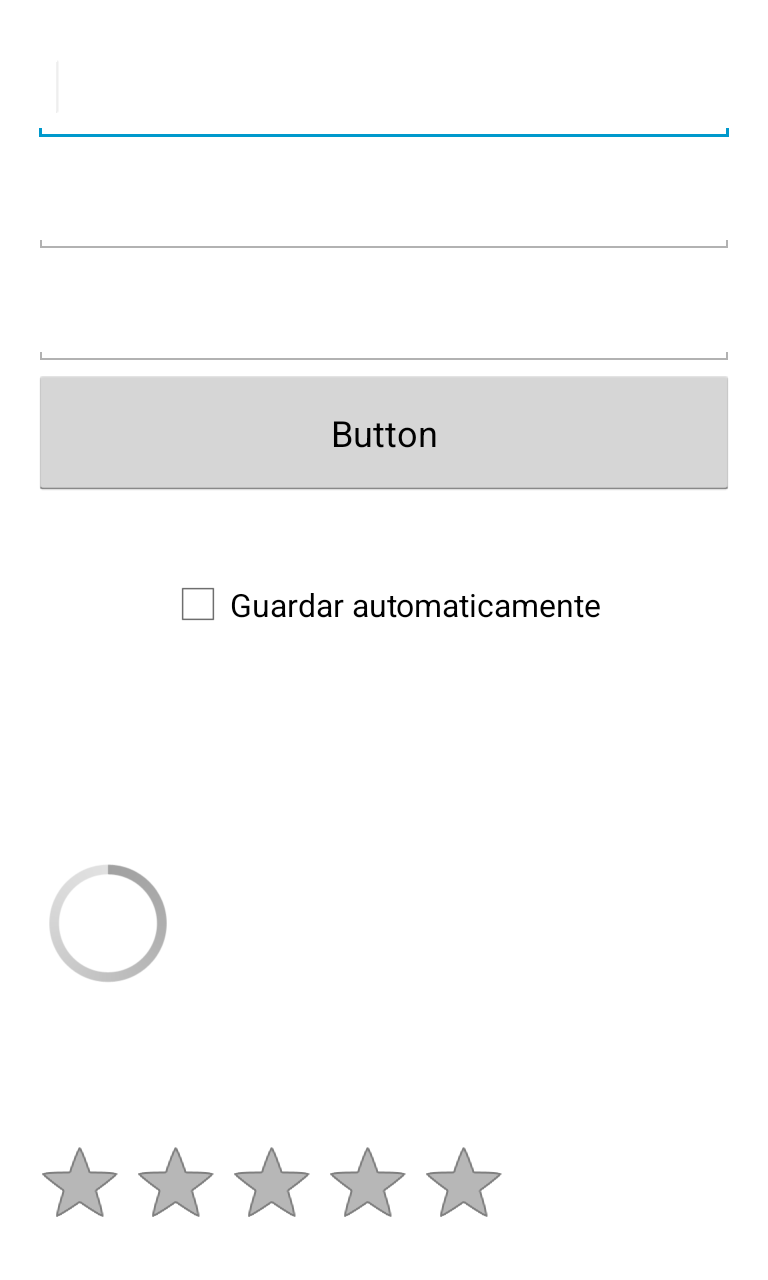
Repository: Arekjaar/workspace_Android
Layout: PrimerasVistas/res/layout/activity_main.xml
An editor plug-in stored every save of this project. The layout is shown before and after the next save, followed by the edit.
It is drawn on a 768 x 1280 px phone screen (xhdpi) without system bars, with theme AppTheme; the app's code is not run.

Above is the layout before, as saved 2014-03-05 19:43:45.

After the next save:
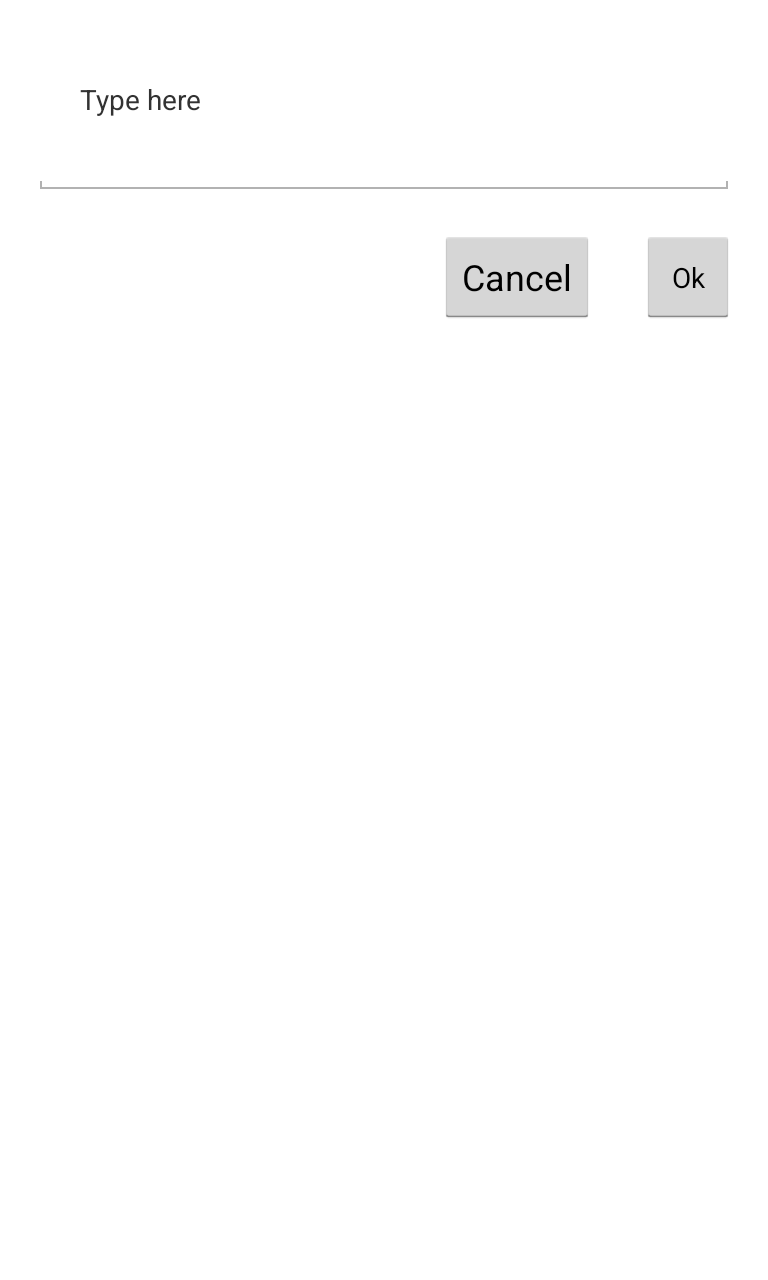
Saved 35 min 26 s later.
--- a/PrimerasVistas/res/layout/activity_main.xml
+++ b/PrimerasVistas/res/layout/activity_main.xml
@@ -1,68 +1,49 @@
-<LinearLayout xmlns:android="http://schemas.android.com/apk/res/android"
+<RelativeLayout xmlns:android="http://schemas.android.com/apk/res/android"
     xmlns:tools="http://schemas.android.com/tools"
-    android:id="@+id/LinearLayout1"
+    android:id="@+id/RelativeLayout1"
     android:layout_width="match_parent"
     android:layout_height="match_parent"
-    android:orientation="vertical"
     android:paddingBottom="@dimen/activity_vertical_margin"
     android:paddingLeft="@dimen/activity_horizontal_margin"
     android:paddingRight="@dimen/activity_horizontal_margin"
     android:paddingTop="@dimen/activity_vertical_margin"
     tools:context=".MainActivity" >
 
+    <TextView
+        android:id="@+id/textView1"
+        android:layout_width="wrap_content"
+        android:layout_height="wrap_content"
+        android:layout_alignParentLeft="true"
+        android:layout_alignParentTop="true"
+        android:layout_marginLeft="24dp"
+        android:layout_marginTop="24dp"
+        android:text="Type here" />
+
     <EditText
         android:id="@+id/editText1"
         android:layout_width="match_parent"
         android:layout_height="wrap_content"
-        android:layout_weight="0.5"
-        android:ems="10" >
-
-        <requestFocus />
-    </EditText>
-
-    <EditText
-        android:id="@+id/editText2"
-        android:layout_width="match_parent"
-        android:layout_height="wrap_content"
-        android:layout_weight="0.5"
-        android:ems="10"
-        android:inputType="textPersonName" />
-
-    <EditText
-        android:id="@+id/editText3"
-        android:layout_width="match_parent"
-        android:layout_height="wrap_content"
-        android:layout_weight="0.5"
-        android:ems="10"
-        android:inputType="textPassword" />
+        android:layout_below="@+id/textView1"
+        android:layout_centerHorizontal="true"
+        android:ems="10" />
 
     <Button
         android:id="@+id/button1"
-        android:layout_width="match_parent"
-        android:layout_height="wrap_content"
-        android:layout_weight="0.5"
-       	android:text="Button" />
-
-
-    <CheckBox
-        android:id="@+id/checkBox1"
-        android:layout_width="wrap_content"
-        android:layout_height="0dp"
-        android:layout_gravity="center_horizontal"
-        android:layout_margin="20dp"
-        android:layout_weight="2"
-        android:text="Guardar automaticamente" />
-
-    <ProgressBar
-        android:id="@+id/progressBar1"
-        style="?android:attr/progressBarStyleLarge"
+        style="?android:attr/buttonStyleSmall"
         android:layout_width="wrap_content"
         android:layout_height="wrap_content"
-        android:layout_weight="4" />
+        android:layout_alignRight="@+id/editText1"
+        android:layout_below="@+id/editText1"
+        android:layout_marginTop="16dp"
+        android:text="Ok" />
 
-    <RatingBar
-        android:id="@+id/ratingBar1"
+    <Button
+        android:id="@+id/button2"
         android:layout_width="wrap_content"
-        android:layout_height="wrap_content" />
+        android:layout_height="wrap_content"
+        android:layout_alignTop="@+id/button1"
+        android:layout_marginRight="22dp"
+        android:layout_toLeftOf="@+id/button1"
+        android:text="Cancel" />
 
-</LinearLayout>
+</RelativeLayout>
